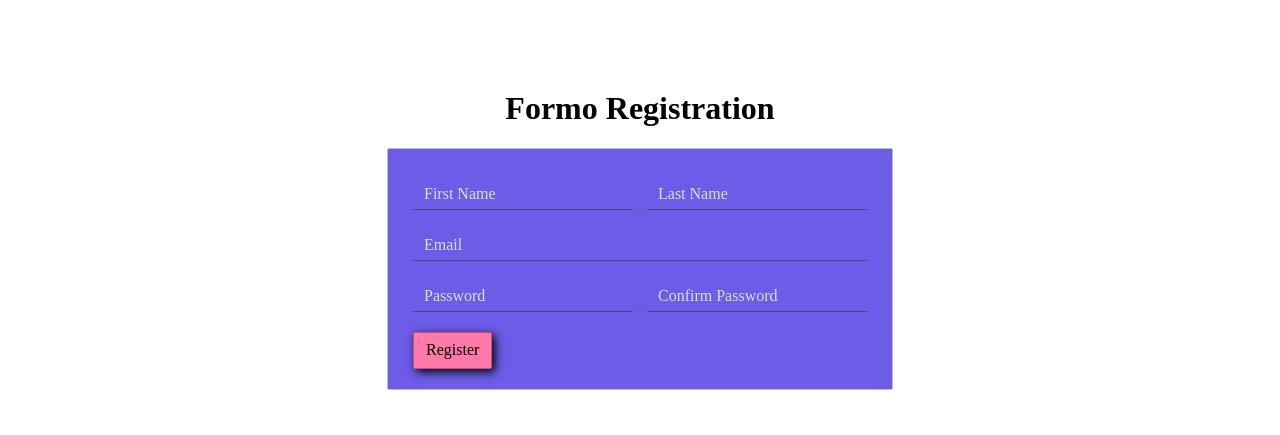
Repository: AMAmine89/vanilla-projects
Page: formo/index.html
The author's editor kept a copy of each file at every save. The page is drawn from the files as they stood at one save, then again after the next save.
The browser window is 1280 px wide. The pictures show the whole page.

Above is the page before, as saved 2021-05-05 08:02:07.

After the next save:
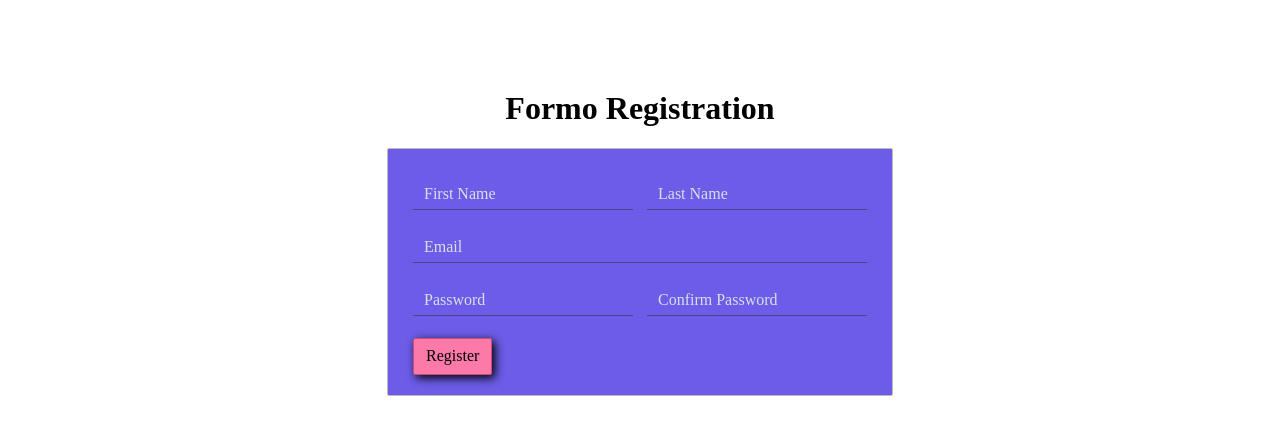
Saved 70 s later.
--- a/formo/style.css
+++ b/formo/style.css
@@ -46,7 +46,7 @@ input[type="email"] {
     width: -webkit-fill-available;
 }
 
-input:not(input[type="submit"])::after {
+span::after {
     content: '';
     width: 0;
     display: block;
